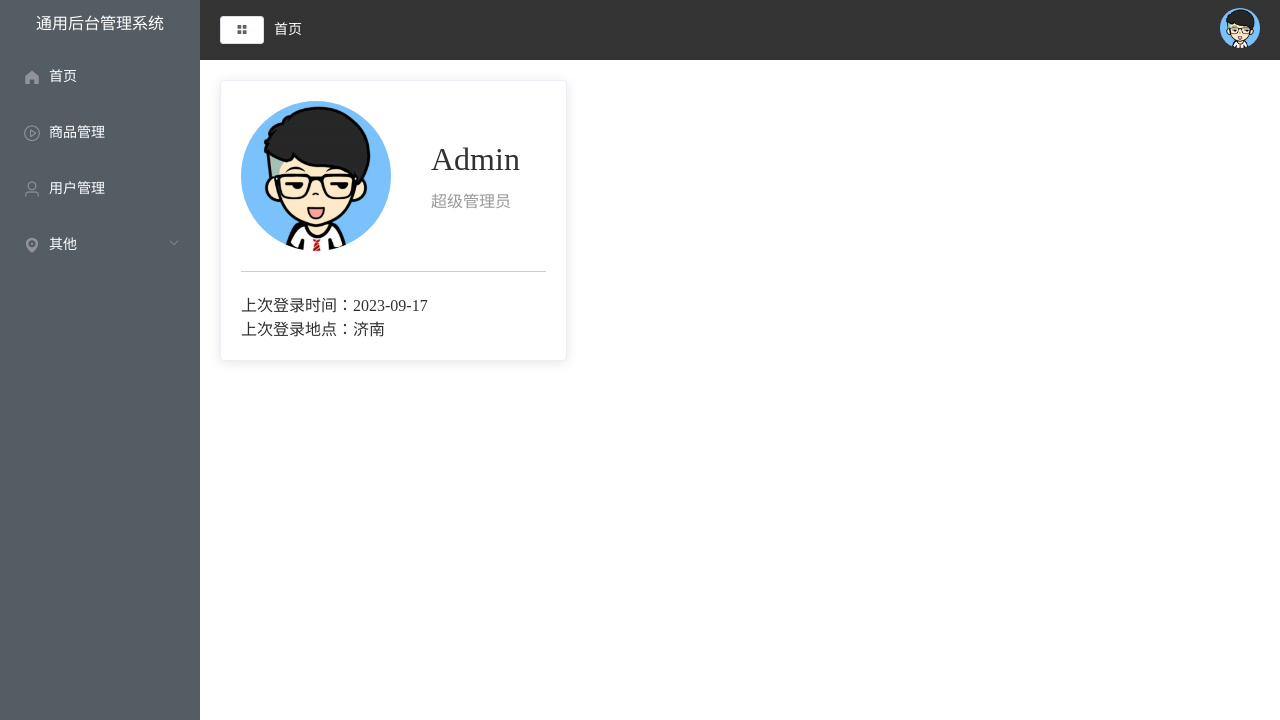
Repository: Francis200214/my-app
Page: /
The author's editor kept a copy of each file at every save. The page is drawn from the files as they stood at one save, then again after a run of saves.
The browser window is 1280 px wide. The pictures show the whole page.
The project was rebuilt for these pictures with package versions that can differ from the ones it lists, and the page was loaded fresh each time. Also part of the build but not shown: vue.config.js, src/views/User.vue, src/views/Mall.vue, src/views/other/PageOne.vue, src/views/other/PageTwo.vue.

Above is the page before, as saved 2023-05-22 21:33:47.

After the next 8 saves:
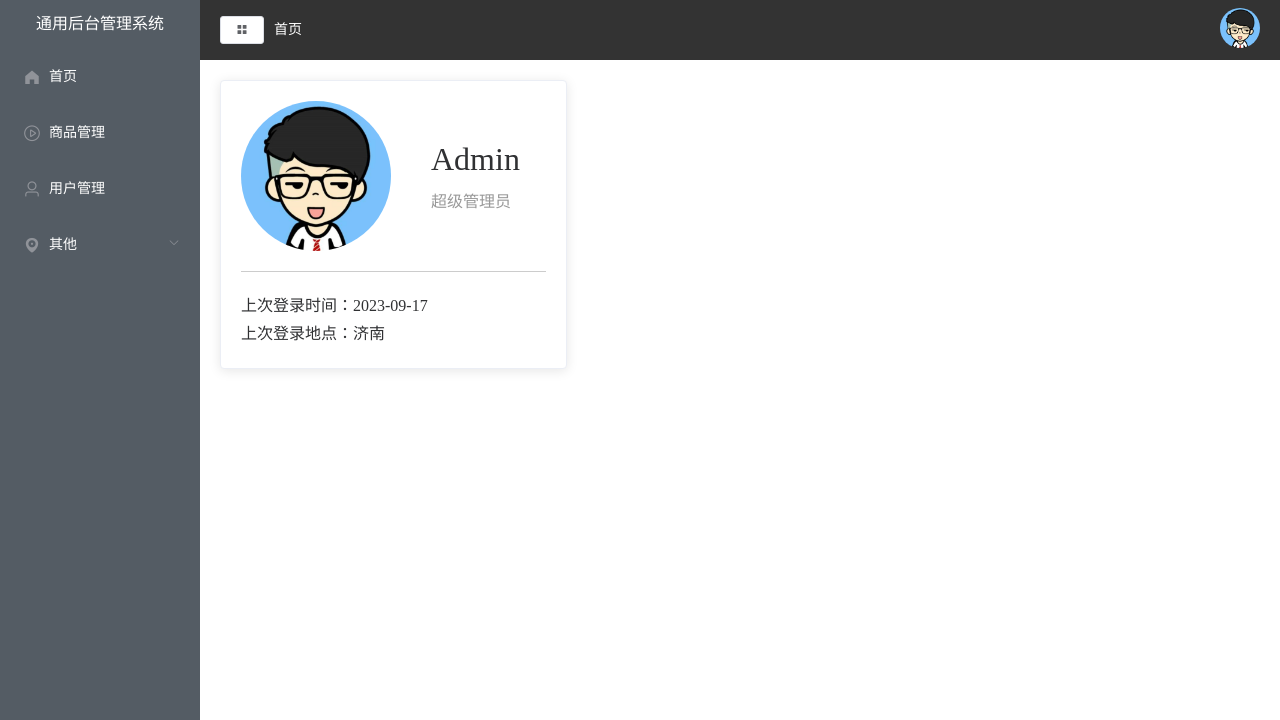
The 8 saves are shown as one change because 2 did not build or start and some came seconds apart.
The last was saved 27 s later.
--- a/src/views/Home.vue
+++ b/src/views/Home.vue
@@ -52,7 +52,8 @@
 }
 
 .login-info {
-
+    line-height: 28px;
+    font-size: ;
 }
 </style>
 
